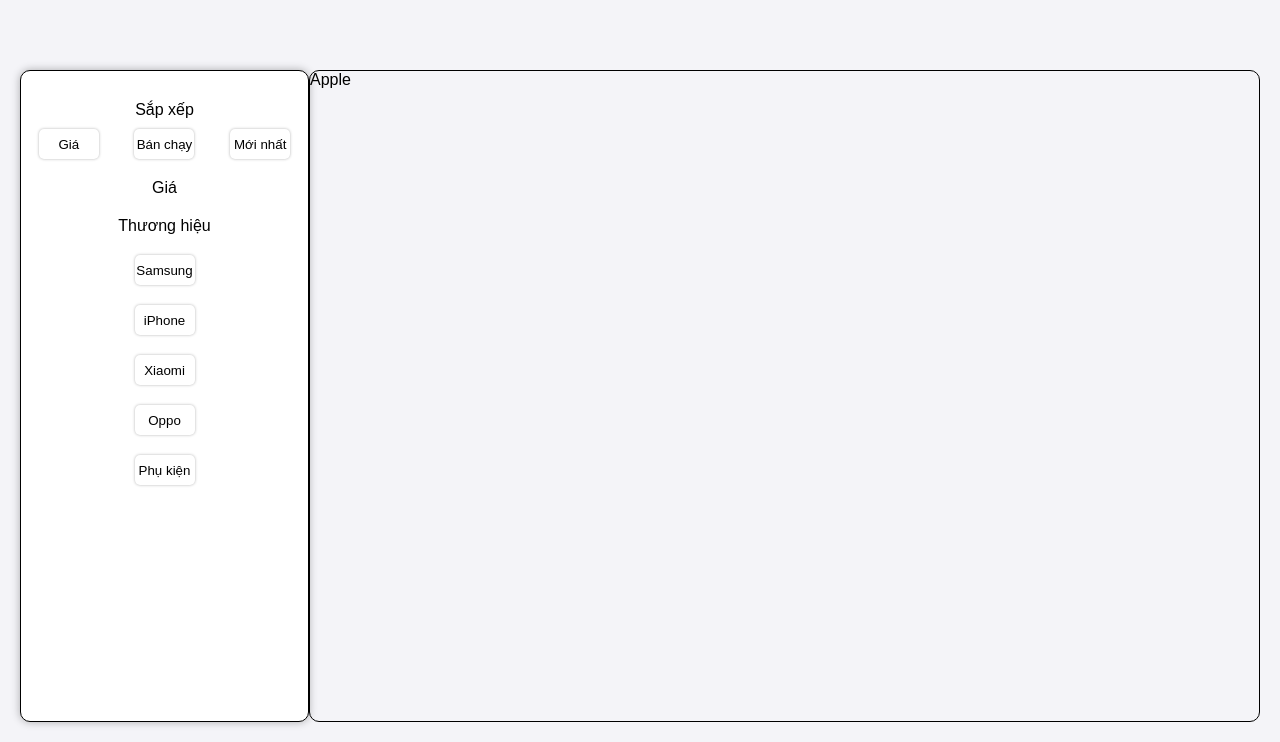
Repository: TrungSonQNIT2k4/ZENTECH
Page: showsp.html
These files come from the project's save history. The page is drawn as it stood at one moment and after a run of saves; the edit follows.
The browser window is 1280 px wide. The pictures show the whole page.
Some web fonts or font styles are not loaded; a fallback is used.

Above is the page before, as saved 2024-11-22 21:48:15.

### showsp.html
<!DOCTYPE html>
<html lang="en">

<head>
    <meta charset="UTF-8">
    <meta name="viewport" content="width=device-width, initial-scale=1.0">
    <title>ZENTECH</title>
    <link rel="stylesheet" href="style.css">
    <link rel="icon" type="image/png" href="/Data/Image/ICONLOGOZ.png" />
    <link href="https://fonts.googleapis.com/css2?family=Francois+One&display=swap" rel="stylesheet">
</head>
<body>
    <div class="container_show_item">
        <div class="menu_choose">
            <div class="Sort">
                <p>Sắp xếp</p>
                <div class="tools">
                    <button>Giá</button>
                    <button>Bán chạy</button>
                    <button>Mới nhất</button>
                </div>
            </div>
            <div class="Price_choose">
                <p>Giá</p>
                <div></div>
            </div>
            <div class="Brand_choose">
                <p>Thương hiệu</p>
                <div class="Brand_tools">
                    <button>Samsung</button>
                    <button>iPhone</button>
                    <button>Xiaomi</button>
                    <button>Oppo</button>
                    <button>Phụ kiện</button>
                </div>
            </div>
        </div>
        <div class="Show_item">
            <div class="name_brand">
                Apple
            </div>
        </div>
    </div>
</body>
</html>

### style.css
*{
    padding: 0;
    margin: 0;
    font-family: 'Francois One', sans-serif;
}
body{
  background-color: #F4F4F8;
}
p{
  color: black;
}
a{
    text-decoration: none;
}
li{
    list-style-type: none;
}
.header{
    display: flex;
    position: fixed;
    background-color: #F4F4F8;
    height: 100px;
    top: 0;
    left: 0;
    width: 100%;
    z-index: 1000;
    box-shadow: 0 6px 10px rgba(0, 0, 0, 0.15);
}
.header_inner{
  width: 100%;
  background-color: #F4F4F8;
  display: flex;
  margin: 10px;
  margin: 10px;
  justify-content: space-between;
  align-items: center;
  position: relative;
}
.header_logo{
  margin-top: 15px;
  padding: 5px;
  height: 120px;
  width: 200px;
  transition: all 0.6s;
}
.header_logo:hover{
  transform: scale(1.05);
}
.globalnav-list{
  display: flex;
  align-items: center;
  font-size: 25px;
  font-family: 'Francois One', sans-serif;
  white-space: nowrap;
}
.globalnav-list-content{
  margin-left: 30px;
  margin-right: 30px;
  transition: all 0.1s;
}
.globalnav-list-content:hover{
  color: red;
}
.menu_item{
  margin: 0 1rem;
}
.menu_item:hover .menu_child{
  opacity: 1;
  visibility: visible;
}
.menu_child{
  background-color: whitesmoke;
  display: flex;
  position: absolute;
  top: 120%;
  left: 0;
  width: 97%;
  padding: 20px;
  border-radius: 20px;
  opacity: 0;
  visibility: hidden;
  justify-content: space-around;
  transition: opacity 0.25s ease, visibility 0.25s ease;
  box-shadow: 0 0 8px rgba(0, 0, 0, 0.15);
}
.menu_child-list p{
  transition: 0.1s;
}
.menu_child-list p:hover{
  color: red;
}
.globalnav-tool{
  display: flex;
  align-items: center;
  white-space: nowrap;
}
.globalnav-tool-content{
  margin-left: 30px;
  margin-right: 30px;
  transition:all 0.5s;
}
.globalnav-tool-content:hover{
  transform: scale(1.1);
}
.icon{
    height: 30px;
    width: 30px;
    margin-top: 5px;
    margin-right: 5px;
}
.container{
    margin-top: 120px;
    margin-bottom: 350px;
    min-height: 1300px;
    background-color: #F4F4F8;
    margin-bottom: 500px;
}
.slogan p{
  font-size: 20px;
  margin: 10px;
  text-align: center;
  color: red;
}
.banner{
  display: flex;
  justify-content: center;
  min-height: 450px;
  width: 1300px;
  margin-right: 30px;
  margin-left: 30px;
  white-space: nowrap;
}
.banner ul{
  padding: 0;
  margin: 0;
  list-style-type: none;
}
.banner-content img{
  border-radius: 10px;
  height: 450px;
  width: 1200px;
}
.smartphone{
  margin-left: 30px;
  margin-right: 30px;
  height: 60px;
  white-space: nowrap;
}
.smartphone ul {
  justify-content: space-around;
  display: flex;
  padding: 0;
  margin-bottom: 20px;
  list-style-type: none;
}

.smartphone li {
  display: flex;
}
.smartphone-content{
  margin: 10px;
  border-radius: 10px;
  border: none;
  background-color: rgba(255, 0, 0, 0);
}
.smartphone-content img{
  border-radius: 10%;
  height: 250px;
  width: 250px;
  box-shadow: 4px 4px 8px rgba(0, 0, 0, 0.3);
  transition: all 0.6s;
}
.smartphone-content img:hover{
  transform: scale(1.05);
  box-shadow: 6px 6px 12px rgba(0, 0, 0, 0.5);
}
.header-item{
  margin-left: 30px;
  margin-right: 30px;
  display: flex;
  justify-content: space-between;
}
.header-topic button{
  height: 30px;
  width: 300px;
  background-color: #D2B48C;
  border: none;
  border-radius: 5px;
}
.header-topic h3{
  transition: all 0.3s;
}
.header-topic h3:hover{
  color: white;
}
.other-link button{
  height: 30px;
  width: 80px;
  margin-left: 5px;
  margin-right: 5px;
  border-radius: 10px;
  transition: all 0.4s;
}
.other-link button:hover{
  transform: scale(1.05);
}
.other-link p:hover{
  color: red;
}
.smartphone-items{
  margin-left: 30px;
  margin-right: 30px;
  display: flex;
}

.smartphone-item button{
  height: 300px;
  width: 240px;
  border-radius: 10px;
  border: none;
  background-color: white;
  box-shadow: 4px 4px 8px rgba(0, 0, 0, 0.3);
  transition: all 0.6s;
}
.smartphone-item button:hover{
  transform: scale(1.05);
}
.smartphone-item img{
  height: 190px;
  width: 180px;
  margin-bottom: 10px;
}
.smartphone-item p{
  font-size: 20px;
  font-weight: 100;
}
.price{
  color: red;
}
::-webkit-scrollbar {
  width: 12px;
  height: 12px;
}

/* Phần thanh kéo */
::-webkit-scrollbar-thumb {
  background-color: #888;
  border-radius: 10px;
  border: 3px solid #f1f1f1;
}

/* Phần đường ray */
::-webkit-scrollbar-track {
  background-color: #f1f1f1;
  border-radius: 10px;
}

/* Phần thanh cuộn khi hover */
::-webkit-scrollbar-thumb:hover {
  background-color: #555;
}
.footer{
    background-color: #F4F4F8;
    min-height: 50px;
    padding: 30px;
    bottom:0;
    margin-right: 30px;
    margin-left: 30px;
    border-radius: 10px;
    box-shadow: 0 -1px 10px rgba(0, 0, 0, 0.15);
}
.footer-menu{
  display: flex;
  justify-content: space-between;
}
.footer-menu-list p{
  transition: all 0.1s;
}
.footer-menu-list p:hover{
  color: red;
}
.footer-tool{
  margin-top: 20px;
  display: flex;
  justify-content: space-around;
}
.footer-tool-list  img{
  height: 90px;
  width: 180px;
}
.footer-menu-contact{
  display: flex;
  justify-content: center;
}
.footer-menu-contact img{
  margin-right: 10px;
  height: 50px;
  width: 50px;
  border-radius: 100%;
  transition: all 0.5s;
}
.footer-menu-contact img:hover{
  transform: scale(1.05);
}
.footer-tool-bank{
  display: flex;
  justify-content: center;
}
.footer-tool-bank img{
  margin-right: 10px;
  height: 50px;
  width: 50px;
  border-radius: 100%;
  transition: all 0.5s;
}
.footer-tool-bank img:hover{
  transform: scale(1.05);
}
.copyright{
  font-size: 12px;
  display: flex;
  justify-content: center;
}
/* showsp_html */
.container_show_item{
  display: flex;
  padding: 20px;
}
.menu_choose{
  margin: ;
  margin-top: 50px;
  border: 1px solid;
  border-radius: 10px;
  width: 300px;
  height: 650px;
  box-shadow: 0px 0px 8px rgba(0, 0, 0, 0.3);
  background-color: white;
}
.menu_choose p{
  display: flex;
  justify-content: center;
}
.Sort{
  margin-top: 30px;
}
.tools{
  margin-top: 10px;
  display: flex;
  justify-content: space-around;
}
.tools button{
  height: 30px;
  width: 60px;
  border-radius: 5px;
  border: none;
  transition: 0.8s;
  box-shadow: 0px 0px 3px rgba(0, 0, 0, 0.3);
  background-color: white;
}
.tools button:hover{
  transform: scale(1.1);
  color: red;
}
.Price_choose{
  margin-top: 20px;
}
.Brand_choose{
  margin-top: 20px;
}
.Brand_tools{
  margin: 10px;
  display: grid;
  justify-content: center;
}
.Brand_tools button{
  background-color: white;
  margin: 10px;
  height: 30px;
  width: 60px;
  border-radius: 5px;
  border: none;
  transition: 0.8s;
  box-shadow: 0px 0px 3px rgba(0, 0, 0, 0.3);
}
.Brand_tools button:hover{
  transform: scale(1.1);
  color: red;
}
.Show_item{
  border-radius: 10px;
  margin-top: 50px;
  width: 80%;
  height: auto;
  border: 1px solid;
}

After the next 4 saves:
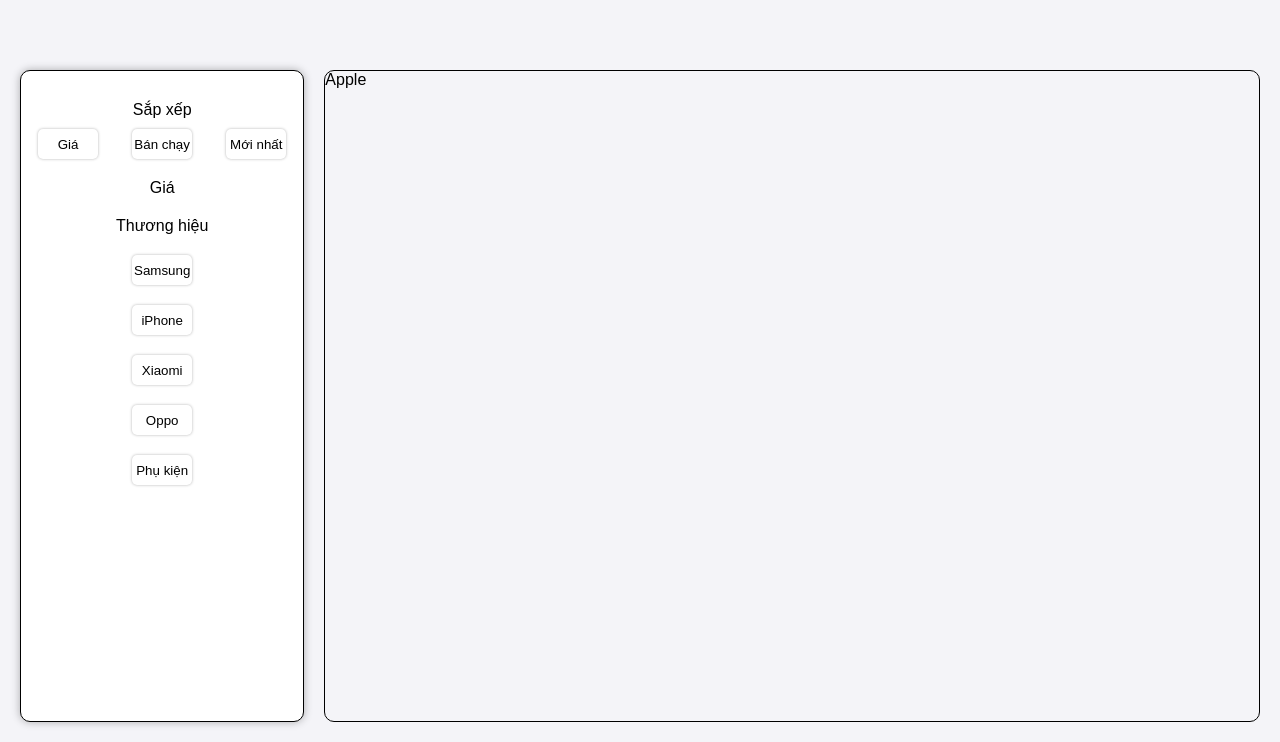
The 4 saves are shown as one change because they came seconds apart.
The last was saved 11 s later.
--- a/style.css
+++ b/style.css
@@ -327,7 +327,7 @@
   padding: 20px;
 }
 .menu_choose{
-  margin: ;
+  margin-right: 20px;
   margin-top: 50px;
   border: 1px solid;
   border-radius: 10px;
